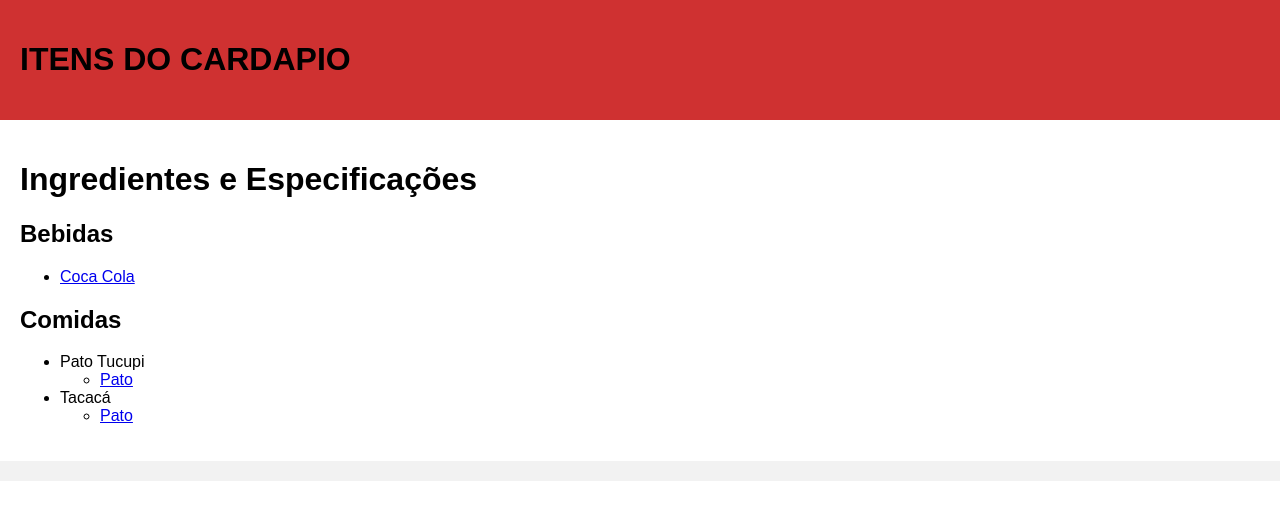
Repository: eupordias/frontarnia
Page: AULA 06/RESTAURANTE/itens.html
An editor plug-in stored every save of this project. The page is shown before and after the next save, followed by the edit.
The browser window is 1280 px wide. The pictures show the whole page.

Above is the page before, as saved 2023-08-09 22:29:34.

### AULA 06/RESTAURANTE/itens.html
<!DOCTYPE html>
<html lang="en">
<head>
  <meta charset="UTF-8">
  <meta name="viewport" content="width=device-width, initial-scale=1.0">
  <title>Ingredientes e Especificações</title>
  <link rel="stylesheet" href="styles.css">
</head>
<body>
  <header>
    <!-- Cabeçalho da página -->
    <h1>ITENS DO CARDAPIO</h1>
  </header>
  <main>
    <h1>Ingredientes e Especificações</h1>

    <div class="ingredientes-especificacoes">
      <h2 id="bebidas">Bebidas</h2>
      <ul>
        <li><a href="./itens cardapio/coca.html">Coca Cola</a></li>
      </ul>
      <h2 id="comidas">Comidas</h2>
      <ul>
        <li>Pato Tucupi</li>
        <ul>
          <li><a href="./itens cardapio/pato.html">Pato</a></li>
        </ul>
        <li>Tacacá</li>
        <ul>
          <li><a href="./itens cardapio/tacaca.html">Pato</a></li>
        </ul>
      </ul><!-- Aqui você pode exibir os itens do cardápio de comidas -->
    </div>
  </main>

  <footer>
    <!-- Rodapé da página -->
  </footer>
</body>
</html>

### AULA 06/RESTAURANTE/styles.css
/* Estilos gerais */

body {
  font-family: Arial, sans-serif;
  margin: 0;
  padding: 0;
}

header {
  background-color: #cf3131;
  padding: 20px;
}

nav {
  background-color: #333;
  color: #fff;
  padding: 10px;
}

nav a {
  color: #fff;
  text-decoration: none;
  margin-right: 10px;
}

nav a:hover {
  color: #cf3131;
  transition: color 0.3s ease;
}

main {
  padding: 20px;
}

footer {
  background-color: #f2f2f2;
  padding: 10px;
  text-align: center;
}

/* Ícones */
.icon {
  font-size: 20px;
  margin-right: 5px;
}

/* Exemplo de estilização de um botão com transição */
.button {
  background-color: #767373;
  padding: 10px 20px;
  border: none;
  transition: background-color 0.3s ease;
}

.button:hover {
  background-color: #333;
  color: #fff;
}

/* Estilos específicos para o cardápio */

.cardapio-item {
  display: flex;
  flex-direction: column;
  align-items: center;
  margin-bottom: 20px;
  cursor: pointer;
}

.cardapio-item img {
  width: 200px;
  height: 200px;
  object-fit: cover;
  border-radius: 10px;
}

.cardapio-item h3 {
  margin-top: 10px;
}

.cardapio-item p {
  margin-top: 5px;
}

.cardapio-item .ingredientes {
  margin-top: 10px;
}

.cardapio-item .ingredientes.hidden {
  display: none;
}

/* Estilos padrão para a página */
/* ... */

/* Media query para dispositivos móveis */
@media only screen and (max-width: 600px) {
  /* Estilos específicos para dispositivos móveis */
  /* ... */
}

/* Estilo para o botão "Ativar Cardápio Especial" quando ativado */
.cardapio-especial-ativado {
  background-color: #cf3131;
  color: #fff;
}

/* Estilo para o botão "Ativar Cardápio Especial" quando desativado */
.cardapio-especial-desativado {
  background-color: #767373;
  color: #fff;
}

After the next save:
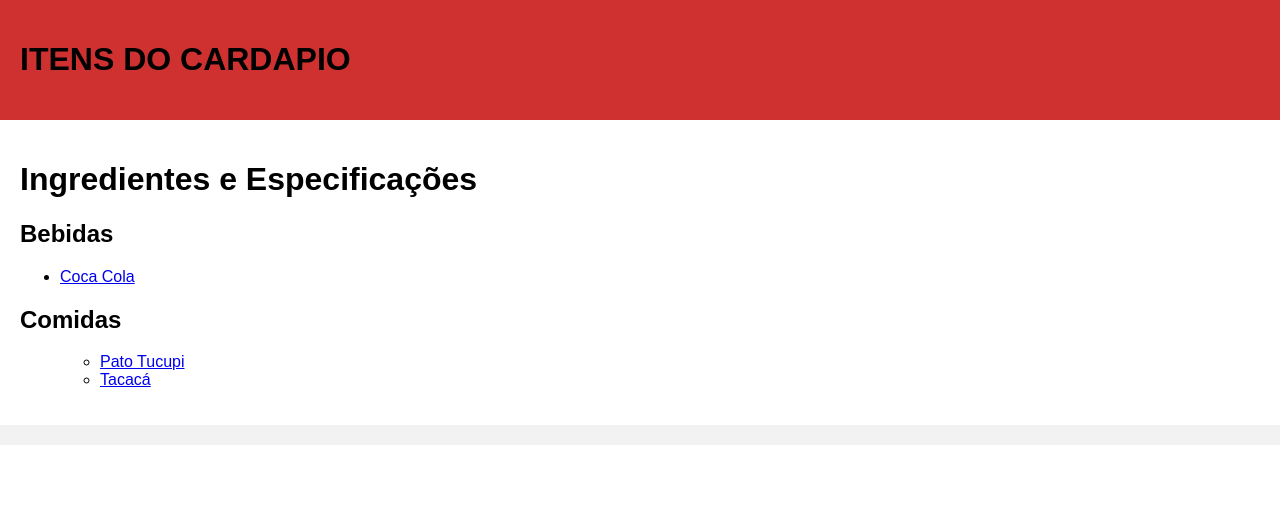
Saved 2 min 36 s later.
--- a/AULA 06/RESTAURANTE/itens.html
+++ b/AULA 06/RESTAURANTE/itens.html
@@ -21,13 +21,13 @@
       </ul>
       <h2 id="comidas">Comidas</h2>
       <ul>
-        <li>Pato Tucupi</li>
+
         <ul>
-          <li><a href="./itens cardapio/pato.html">Pato</a></li>
+          <li><a href="./itens cardapio/pato.html">Pato Tucupi </a></li>
         </ul>
-        <li>Tacacá</li>
+
         <ul>
-          <li><a href="./itens cardapio/tacaca.html">Pato</a></li>
+          <li><a href="./itens cardapio/tacaca.html">Tacacá</a></li>
         </ul>
       </ul><!-- Aqui você pode exibir os itens do cardápio de comidas -->
     </div>
